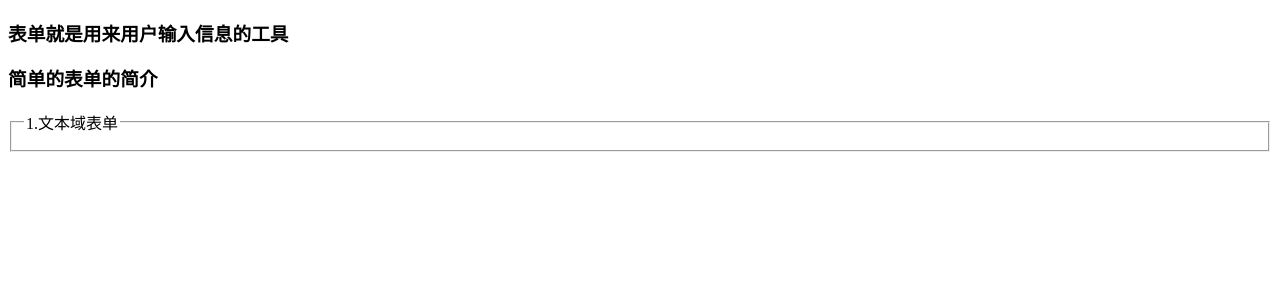
Repository: jarvanstack/vscode
Page: HTML/HTML中From表单.html
An editor plug-in stored every save of this project. The page is shown before and after the next save, followed by the edit.
The browser window is 1280 px wide. The pictures show the whole page.

Above is the page before, as saved 2020-06-11 09:40:38.

After the next save:
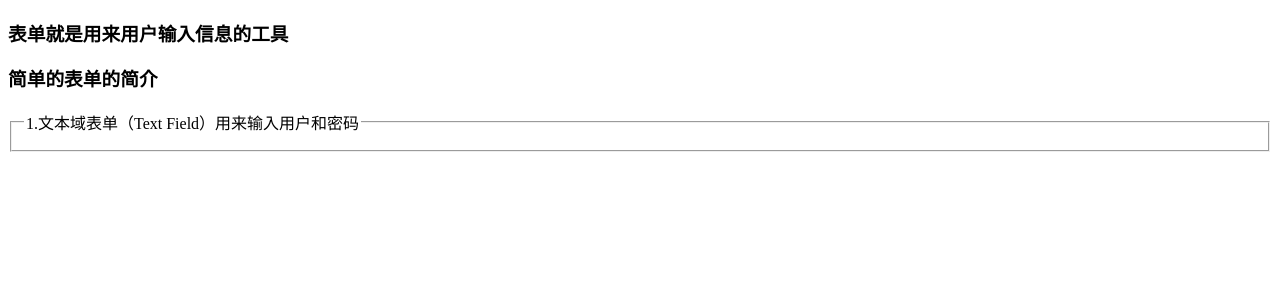
Saved 25 s later.
--- a/HTML/HTML中From表单.html
+++ b/HTML/HTML中From表单.html
@@ -9,7 +9,8 @@
     <h3>表单就是用来用户输入信息的工具</h3>
     <h3>简单的表单的简介</h3>
     <fieldset>
-        <legend>1.文本域表单</legend>
+        <legend>1.文本域表单（Text Field）用来输入用户和密码</legend>
+
     </fieldset>
 </body>
 </html>
